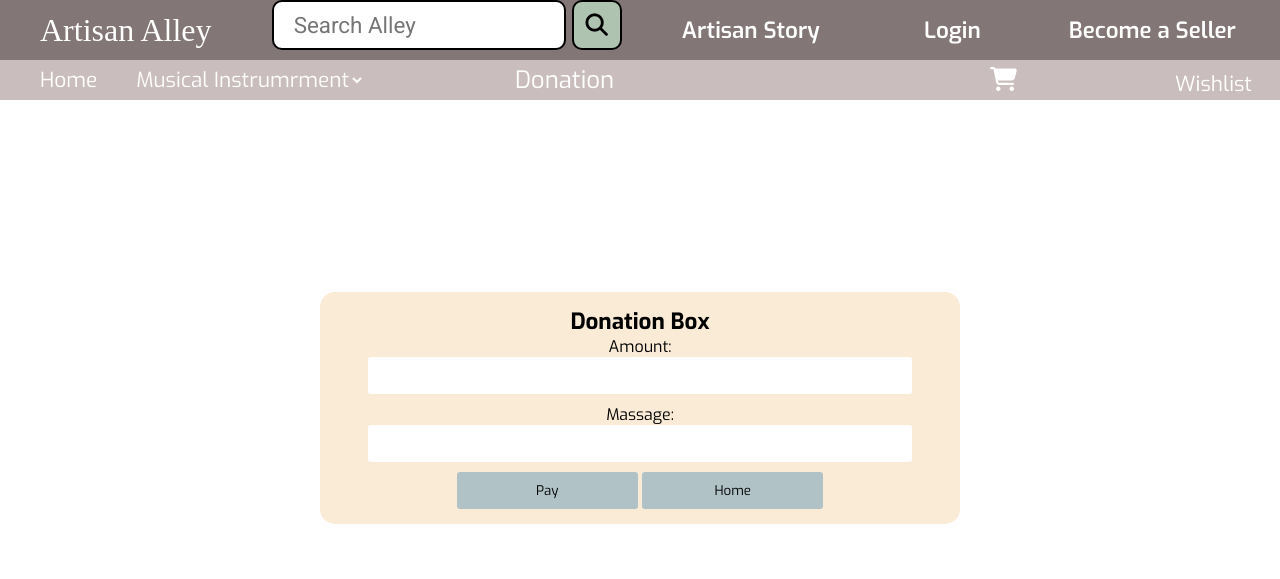
Repository: RingkhangBTY/Bytehacks_Hackathon_Project
Page: donation.html
The author's editor kept a copy of each file at every save. The page is drawn from the files as they stood at one save, then again after the next save.
The browser window is 1280 px wide. The pictures show the whole page.
Some web fonts or font styles are not loaded; a fallback is used.

Above is the page before, as saved 2024-11-27 10:52:47.

After the next save:
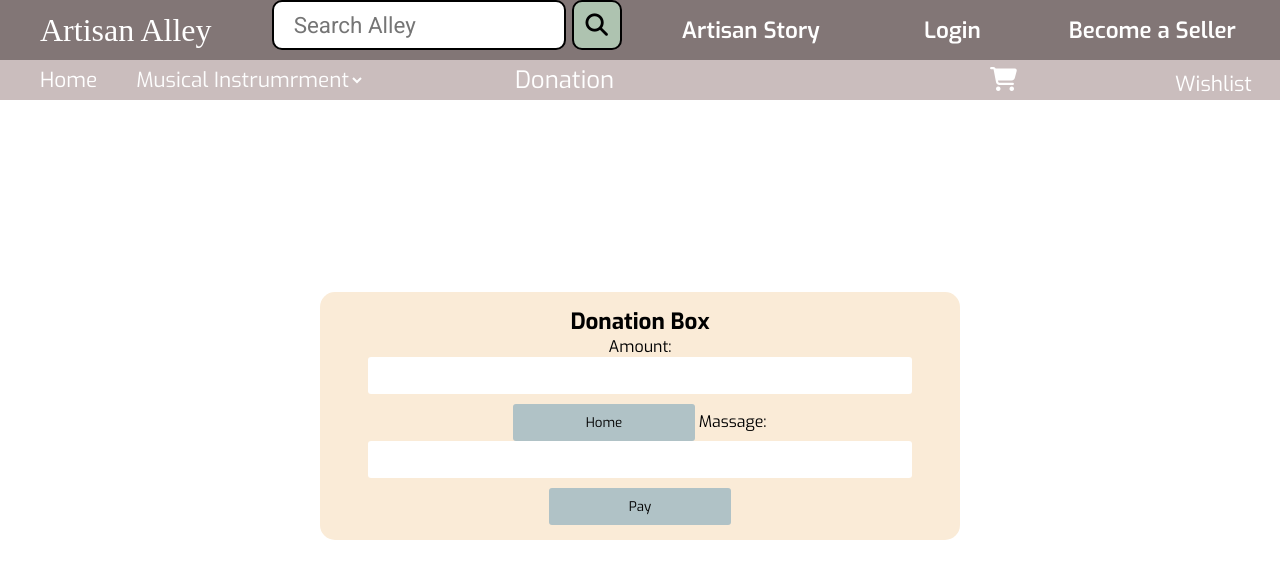
Saved 22 s later.
--- a/donation.html
+++ b/donation.html
@@ -83,11 +83,11 @@
                     <h3>Donation Box</h3>
                     <lab for="donation">Amount:</lab>
                     <input type="amount" id="text" name="donate" required>
+                    <button><a href="index.html"></a>Home</button>
 
                     <lab for="donation"> Massage:</lab>
                     <input type="text" id="text" name="donate" >
                     <button type="submit">Pay</button>
-                    <button><a href="index.html"></a>Home</button>
                 </form>
             </div>
         </div>
